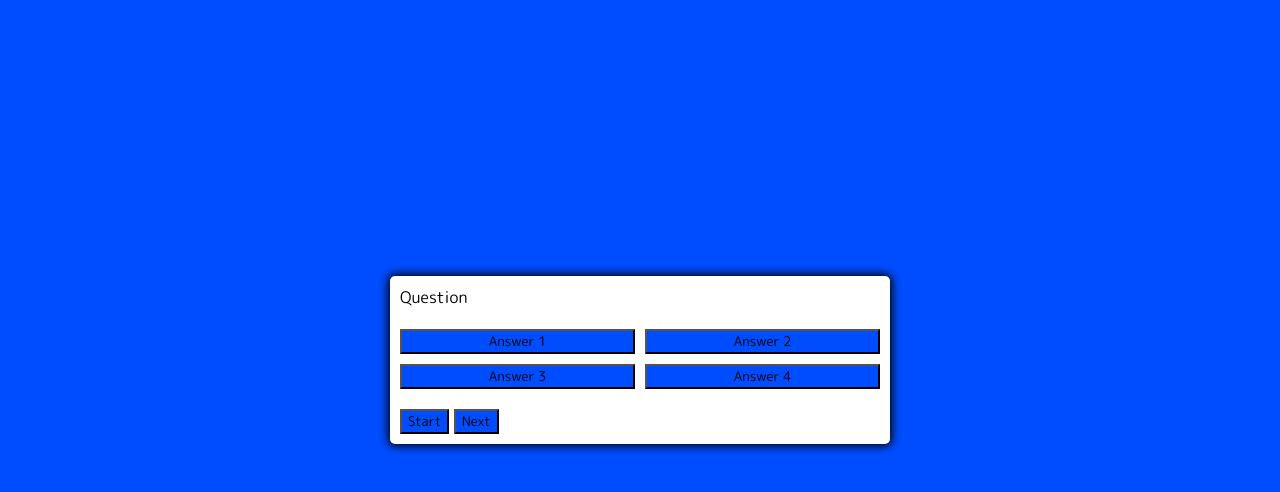
Repository: spidero7/Star-Wars_Quiz-Game
Page: index.html
An editor plug-in stored every save of this project. The page is shown before and after a run of saves, followed by the edit.
The browser window is 1280 px wide. The pictures show the whole page.

Above is the page before, as saved 2021-08-29 08:04:51.

### index.html
<!DOCTYPE html>
<html lang="en">
<head>
    <meta charset="UTF-8">
    <meta http-equiv="X-UA-Compatible" content="IE=edge">
    <meta name="viewport" content="width=device-width, initial-scale=1.0">
    <title>Quiz Game</title>
    <link rel="preconnect" href="https://fonts.googleapis.com">
    <link rel="preconnect" href="https://fonts.gstatic.com" crossorigin>
    <link href="https://fonts.googleapis.com/css2?family=M+PLUS+Rounded+1c&display=swap" rel="stylesheet">
    <link rel="stylesheet" href="style.css">
</head>
<body>

    <div class="container">
        <div id="question-container">
            <div id="question">Question</div>
            <div id="answer-buttons" class="btn-grid">
                <button class="btn">Answer 1</button>
                <button class="btn">Answer 2</button>
                <button class="btn">Answer 3</button>
                <button class="btn">Answer 4</button>
            </div>
        </div>
        <div id="control-panel">
            <button class="btn" id="start-btn">Start</button>
            <button class="btn" id="next-btn">Next</button>
        </div>
    </div>


    <script src="app.js"></script>
</body>
</html>

### style.css
*, *::after, *::before {
    box-sizing: border-box;
    font-family: 'M PLUS Rounded 1c', sans-serif;
}

:root {
    --hue-normal: 222;
    --hue-correct: 120;
    --hue-wrong: 0;
}

body {
    --hue: var(--hue-normal);
    padding: 0;
    margin: 0;
    display: flex;
    width: 100vw;
    height: 100vh;
    justify-content: center;
    align-items: center;
    background-color: hsl(var(--hue), 100%, 50%);
}

body.correct {
    --hue: var(--hue-correct);
}

body.wrong {
    --hue: var(--hue-wrong);
}

.container {
    width: 500px;
    max-width: 80%;
    background-color: white;
    border-radius: 5px;
    padding: 10px;
    box-shadow: 0 0 10px 2px;
}

.btn-grid {
    display: grid;
    grid-template-columns: repeat(2, auto);
    gap: 10px;
    margin: 20px 0;
}

.btn {
    --hue: var(--hue-normal);
    background-color: hsl(var(--hue), 100%, 50%);
    border:
    color: white;
}

Loaded but not shown: app.js (no copy from this time; the picture is the same without it)

After the next 3 saves:
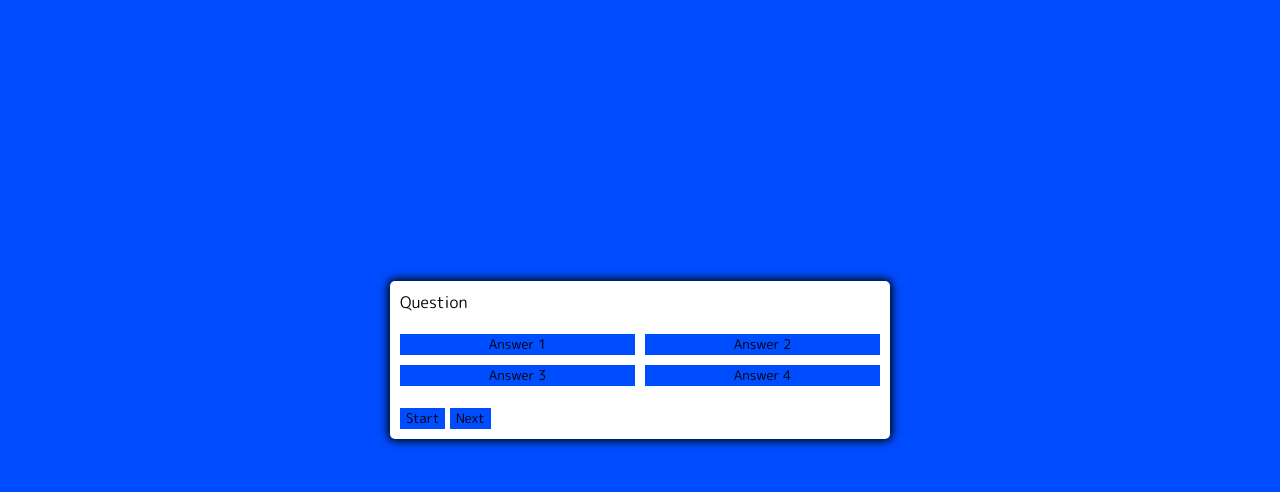
The 3 saves are shown as one change because they came seconds apart.
The last was saved 13 s later.
--- a/style.css
+++ b/style.css
@@ -48,6 +48,6 @@ body.wrong {
 .btn {
     --hue: var(--hue-normal);
     background-color: hsl(var(--hue), 100%, 50%);
-    border:
+    border: 1px solid hsl(var(--hue), 100%, 50%)
     color: white;
 }
